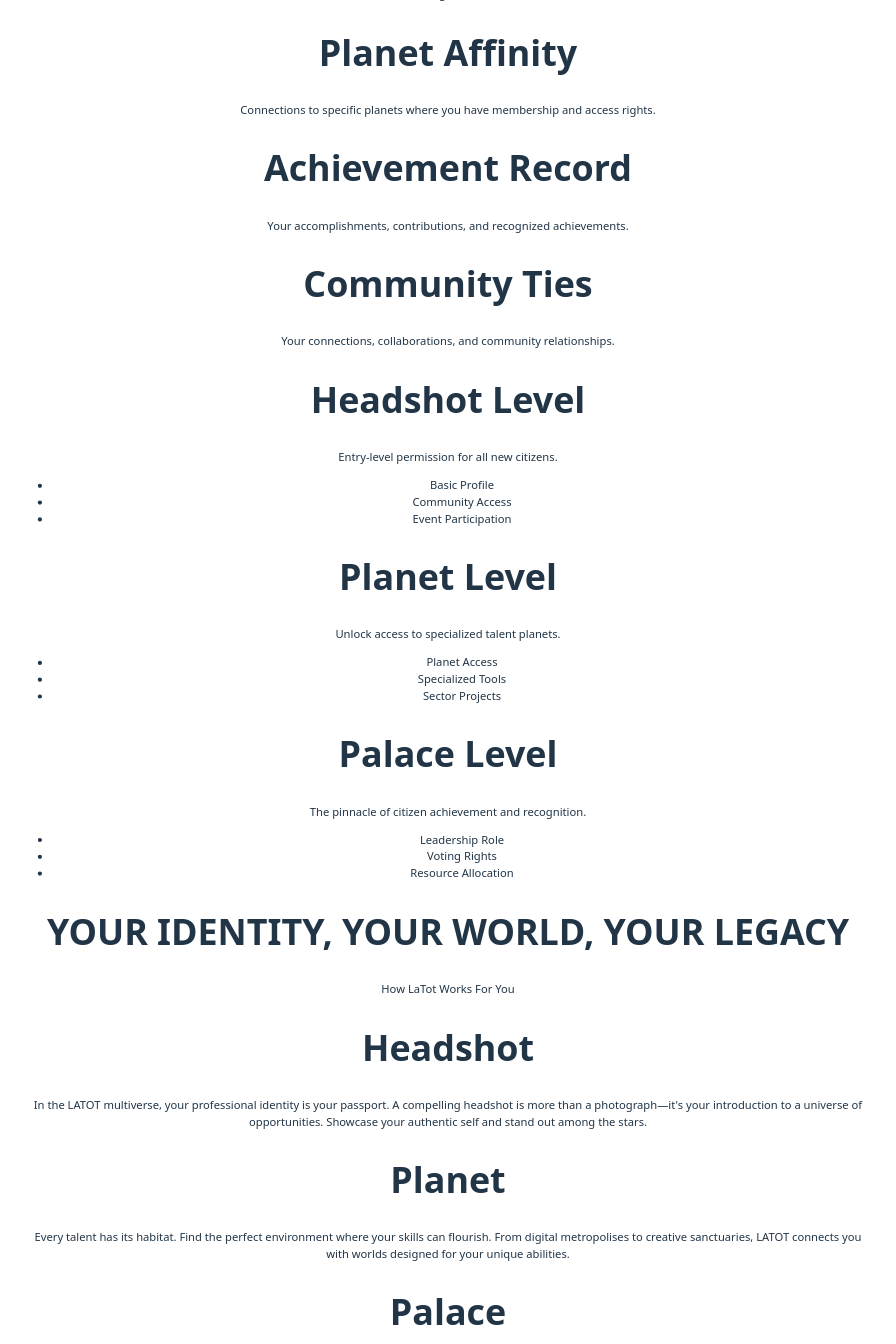
Repository: STR33T-K3Y5/LaTot
Page: /
The author's editor kept a copy of each file at every save. The page is drawn from the files as they stood at one save, then again after the next save.
The browser window is 1280 px wide. The pictures show the part of the page from y = 4580 to 6500 px (the page is 6620 px tall), at 70% of full size.
The project was rebuilt for these pictures with package versions that can differ from the ones it lists, and the page was loaded fresh each time. Also part of the build but not shown: vite.config.js, src/pages/FindTalent.jsx.

Above is the page before, as saved 2026-01-22 02:20:14.

After the next save:
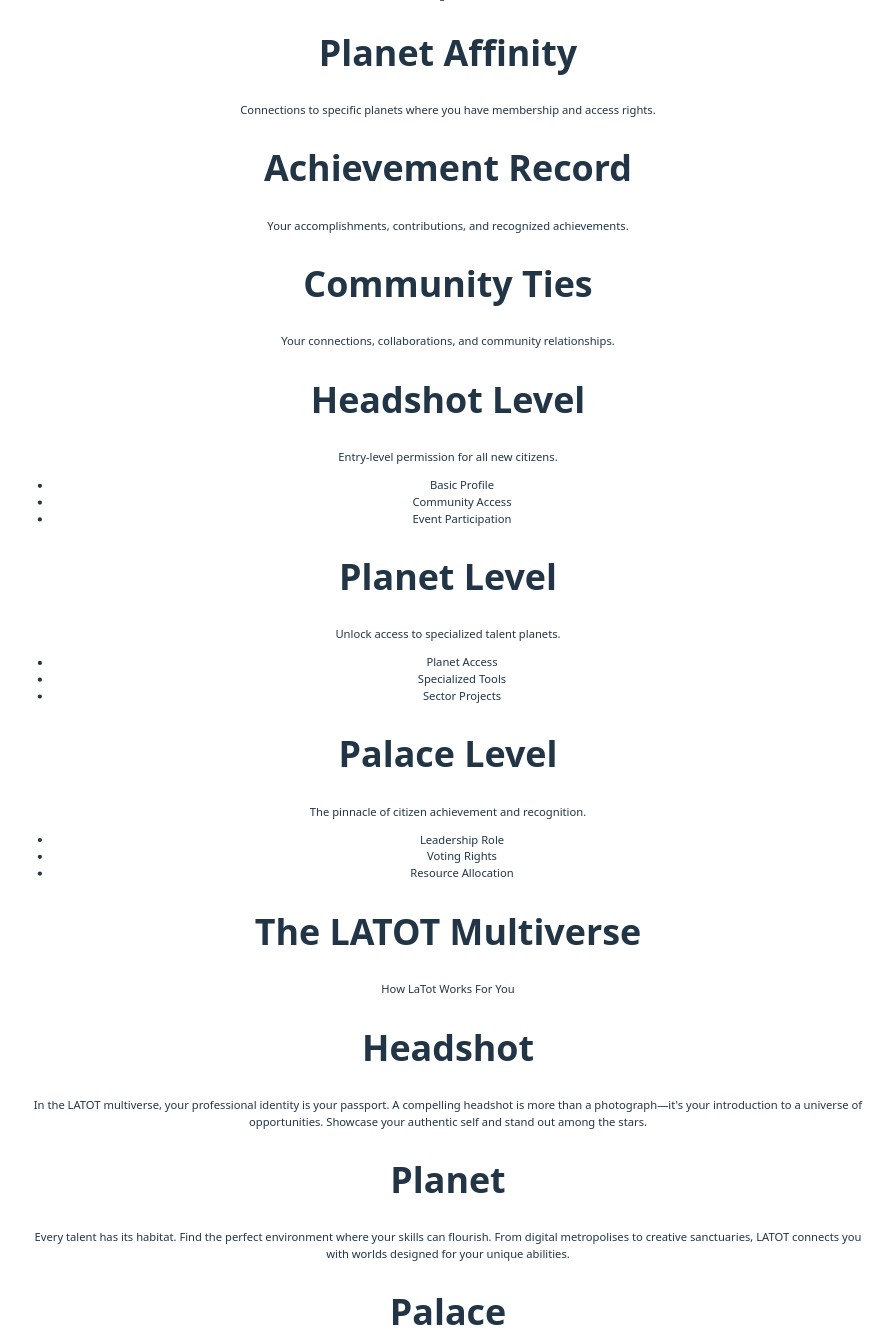
Saved 12 s later.
--- a/src/pages/Home.jsx
+++ b/src/pages/Home.jsx
@@ -195,7 +195,7 @@
 
       {/* LaTot Multiverse Section */}
       <section id="about-section">
-        <h1 class="about-header">YOUR IDENTITY, YOUR WORLD, YOUR LEGACY</h1>
+        <h1 class="about-header">The LATOT Multiverse</h1>
         <p class="about-subheader">How LaTot Works For You</p>
         <div class="about-carousel">
           {/* Headshot */}
